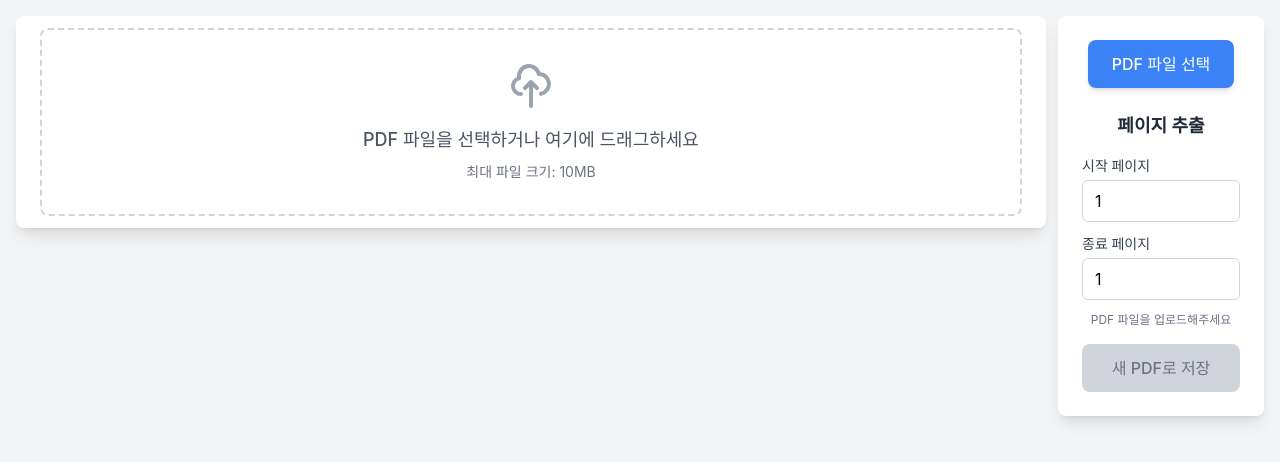
Repository: orcaCrew/PDF-Handler
Page: /
An editor plug-in stored every save of this project. The page is shown before and after the next save, followed by the edit.
The browser window is 1280 px wide. The pictures show the whole page.
The project was rebuilt for these pictures with package versions that can differ from the ones it lists, and the page was loaded fresh each time.

Above is the page before, as saved 2025-07-21 13:48:53.

### public/index.html
<!DOCTYPE html>
<html lang="ko">
  <head>
    <meta charset="utf-8" />
    <link rel="icon" href="%PUBLIC_URL%/favicon.ico" />
    <meta name="viewport" content="width=device-width, initial-scale=1" />
    <meta name="theme-color" content="#000000" />
    <meta
      name="description"
      content="PDF 파일 미리보기 애플리케이션"
    />
    <title>PDF 미리보기</title>
  </head>
  <body>
    <noscript>이 앱을 실행하려면 JavaScript를 활성화해야 합니다.</noscript>
    <div id="root"></div>
  </body>
</html>

### src/App.js
import React, { useState, useRef, useEffect } from 'react';
import { Document, Page, pdfjs } from 'react-pdf';
import { PDFDocument } from 'pdf-lib';
import 'react-pdf/dist/esm/Page/AnnotationLayer.css';
import 'react-pdf/dist/esm/Page/TextLayer.css';

pdfjs.GlobalWorkerOptions.workerSrc = `//cdnjs.cloudflare.com/ajax/libs/pdf.js/${pdfjs.version}/pdf.worker.min.js`;

function App() {
  const [file, setFile] = useState(null);
  const [numPages, setNumPages] = useState(null);
  const [pageNumber, setPageNumber] = useState(1);
  const [loading, setLoading] = useState(false);
  const [isDragOver, setIsDragOver] = useState(false);
  const [loadedPages, setLoadedPages] = useState(new Set());
  const [displayedPages, setDisplayedPages] = useState(3); // lazy 로드 시작 수
  const [startPage, setStartPage] = useState(1);
  const [endPage, setEndPage] = useState(1);
  const [extracting, setExtracting] = useState(false);
  const fileInputRef = useRef(null);
  const loaderRef = useRef(null); // 스크롤 lazy 트리거용

  // Intersection Observer로 lazy loading 구현
  useEffect(() => {
    if (!loaderRef.current) return;
    const observer = new IntersectionObserver(
      ([entry]) => {
        if (entry.isIntersecting && numPages && displayedPages < numPages) {
          setDisplayedPages(prev => Math.min(prev + 3, numPages));
        }
      },
      { threshold: 1 }
    );
    observer.observe(loaderRef.current);
    return () => observer.disconnect();
  }, [displayedPages, numPages]);

  // 페이지 수가 변경될 때 endPage 업데이트
  useEffect(() => {
    if (numPages) {
      setEndPage(numPages);
    }
  }, [numPages]);

  const onFileChange = (event) => {
    const { files } = event.target;
    if (files && files[0]) {
      setFile(files[0]);
      setPageNumber(1);
      setLoadedPages(new Set());
      setDisplayedPages(3);
      setStartPage(1);
    }
    event.target.value = '';
  };

  const handleDragOver = (e) => {
    e.preventDefault();
    setIsDragOver(true);
  };

  const handleDragLeave = (e) => {
    e.preventDefault();
    setIsDragOver(false);
  };

  const handleDrop = (e) => {
    e.preventDefault();
    setIsDragOver(false);

    const droppedFiles = e.dataTransfer.files;
    if (droppedFiles && droppedFiles[0]) {
      const droppedFile = droppedFiles[0];
      if (droppedFile.type === 'application/pdf') {
        setFile(droppedFile);
        setPageNumber(1);
        setLoadedPages(new Set());
        setDisplayedPages(3);
        setStartPage(1);
      } else {
        alert('PDF 파일만 업로드 가능합니다.');
      }
    }
  };

  const onDocumentLoadSuccess = ({ numPages }) => {
    setNumPages(numPages);
    setLoading(false);
  };

  const onDocumentLoadError = (error) => {
    console.error('PDF 로드 오류:', error);
    setLoading(false);
  };

  const onPageLoadSuccess = (pageNumber) => {
    setLoadedPages(prev => {
      const newSet = new Set([...prev, pageNumber]);
      return newSet;
    });
  };

  const extractPages = async () => {
    if (!file || !numPages) {
      alert('PDF 파일을 먼저 업로드해주세요.');
      return;
    }

    if (startPage < 1 || endPage > numPages || startPage > endPage) {
      alert('올바른 페이지 범위를 입력해주세요.');
      return;
    }

    setExtracting(true);

    try {
      // PDF 파일을 ArrayBuffer로 읽기
      const arrayBuffer = await file.arrayBuffer();

      // PDF 문서 로드
      const pdfDoc = await PDFDocument.load(arrayBuffer);

      // 새 PDF 문서 생성
      const newPdfDoc = await PDFDocument.create();

      // 선택된 페이지들을 새 문서에 복사
      for (let i = startPage - 1; i < endPage; i++) {
        const [copiedPage] = await newPdfDoc.copyPages(pdfDoc, [i]);
        newPdfDoc.addPage(copiedPage);
      }

      // 새 PDF를 바이트 배열로 변환
      const pdfBytes = await newPdfDoc.save();

      // 파일 다운로드
      const blob = new Blob([pdfBytes], { type: 'application/pdf' });
      const url = URL.createObjectURL(blob);
      const link = document.createElement('a');
      link.href = url;
      link.download = `${file.name.replace('.pdf', '')}_pages_${startPage}-${endPage}.pdf`;
      document.body.appendChild(link);
      link.click();
      document.body.removeChild(link);
      URL.revokeObjectURL(url);

      alert(`${startPage}페이지부터 ${endPage}페이지까지 추출이 완료되었습니다.`);
    } catch (error) {
      console.error('PDF 추출 오류:', error);
      alert('PDF 추출 중 오류가 발생했습니다.');
    } finally {
      setExtracting(false);
    }
  };

  return (
    <div className="min-h-screen bg-gray-100 py-4">
      <div className="max-w-7xl mx-auto px-4 space-y-6">
        <div className="flex flex-col lg:flex-row gap-3">
          {/* 페이지 리스트와 미리보기 영역 */}
          <div className="lg:w-5/6">
            <div className="bg-white rounded-lg shadow-lg px-6 py-3">
              {file ? (
                <div className="space-y-6">
                  <div className="flex items-center justify-between">
                    <h2 className="text-xl font-semibold text-gray-800">
                      {file.name}
                    </h2>
                    <div className="text-gray-600">
                      총 {numPages || '...'} 페이지
                    </div>
                  </div>

                  <div className="grid grid-cols-1 lg:grid-cols-3 gap-6">
                    {/* 페이지 리스트 영역 */}
                    <div className="lg:col-span-1">
                      <h3 className="text-lg font-semibold text-gray-800 mb-4">페이지 목록</h3>
                      <div className="max-h-[50rem] overflow-y-auto space-y-4">
                        {loading && (
                          <div className="flex items-center justify-center p-8">
                            <div className="animate-spin rounded-full h-8 w-8 border-b-2 border-blue-500"></div>
                            <span className="ml-2 text-gray-600">PDF 로딩 중...</span>
                          </div>
                        )}
                        <Document
                        file={file}
                        onLoadSuccess={onDocumentLoadSuccess}
                        onLoadError={onDocumentLoadError}
                        onLoadStart={() => setLoading(true)}
                        loading={
                          <div className="flex items-center justify-center p-8">
                            <div className="animate-spin rounded-full h-8 w-8 border-b-2 border-blue-500"></div>
                            <span className="ml-2 text-gray-600">PDF 로딩 중...</span>
                          </div>
                        }
                        >
                        {numPages &&
                          Array.from(
                            new Array(Math.min(displayedPages, numPages)),
                            (el, index) => (
                              <div
                                key={`page_${index + 1}`}
                                className={`border-2 rounded-lg p-4 bg-white hover:shadow-md transition-shadow cursor-pointer ${
                                  pageNumber === index + 1
                                    ? 'border-blue-500 bg-blue-50'
                                    : 'border-gray-200'
                                }`}
                                onClick={() => setPageNumber(index + 1)}
                              >
                                <div className="flex items-center space-x-4">
                                  <div className="flex-shrink-0">
                                    <Page
                                      pageNumber={index + 1}
                                      width={120}
                                      renderTextLayer={false}
                                      renderAnnotationLayer={false}
                                      onLoadSuccess={() => onPageLoadSuccess(index + 1)}
                                      loading={
                                        <div className="w-30 h-40 bg-gray-200 rounded flex items-center justify-center">
                                          <div className="animate-spin rounded-full h-6 w-6 border-b-2 border-blue-500"></div>
                                        </div>
                                      }
                                    />
                                  </div>
                                  <div className="flex-1">
                                    <h3 className="text-lg font-semibold text-gray-800">
                                      {index + 1} 페이지
                                    </h3>
                                  </div>
                                </div>
                              </div>
                            )
                          )}
                        </Document>
                      </div>
                      {/* lazy-load 트리거 */}
                      <div ref={loaderRef} className="h-12" />
                    </div>

                    {/* 선택된 페이지 미리보기 영역 */}
                    <div className="lg:col-span-2">
                      <h3 className="text-lg font-semibold text-gray-800">선택된 페이지</h3>
                      {pageNumber ? (
                        <div className="flex justify-center items-center mt-2">
                          <div className="flex border border-gray-300 rounded-lg shadow-lg bg-white w-full p-4 justify-center">
                              <Document
                                file={file}
                                onLoadSuccess={onDocumentLoadSuccess}
                                onLoadError={onDocumentLoadError}
                                onLoadStart={() => setLoading(true)}
                                loading={
                                  <div className="flex items-center justify-center p-8">
                                    <div className="animate-spin rounded-full h-8 w-8 border-b-2 border-blue-500"></div>
                                    <span className="ml-2 text-gray-600">PDF 로딩 중...</span>
                                  </div>
                                }
                              >
                                <Page
                                  pageNumber={pageNumber}
                                  width={Math.min(window.innerWidth * 0.35 - 100, 540)}
                                  renderTextLayer={false}
                                  renderAnnotationLayer={false}
                                  className="w-full h-auto max-w-full"
                                  style={{ maxWidth: '100%', height: 'auto' }}
                                />
                              </Document>
                          </div>
                        </div>
                      ) : (
                        <div className="text-center text-gray-500 py-8">
                          <p>페이지를 선택하면 여기서 미리보기를 확인할 수 있습니다.</p>
                        </div>
                      )}
                    </div>
                  </div>
                </div>
              ) : (
                <div
                  className={`border-2 border-dashed rounded-lg p-8 text-center transition-colors h-full flex items-center justify-center ${
                    isDragOver
                      ? 'border-blue-500 bg-blue-50'
                      : 'border-gray-300 hover:border-blue-400'
                  }`}
                  onDragOver={handleDragOver}
                  onDragLeave={handleDragLeave}
                  onDrop={handleDrop}
                >
                  <label
                    htmlFor="file-upload"
                    className="cursor-pointer flex flex-col items-center"
                  >
                    <svg
                      className="w-12 h-12 text-gray-400 mb-4"
                      fill="none"
                      stroke="currentColor"
                      viewBox="0 0 24 24"
                    >
                      <path
                        strokeLinecap="round"
                        strokeLinejoin="round"
                        strokeWidth={2}
                        d="M7 16a4 4 0 01-.88-7.903A5 5 0 1115.9 6L16 6a5 5 0 011 9.9M15 13l-3-3m0 0l-3 3m3-3v12"
                      />
                    </svg>
                    <span className="text-lg font-medium text-gray-600">
                      PDF 파일을 선택하거나 여기에 드래그하세요
                    </span>
                    <span className="text-sm text-gray-500 mt-2">
                      최대 파일 크기: 10MB
                    </span>
                  </label>
                </div>
              )}
            </div>
          </div>

          {/* 선택 버튼 영역 */}
          <div className="lg:w-1/6">
            <div className="bg-white rounded-lg shadow-lg p-6 space-y-6">
              <div className="flex justify-center">
                <button
                  onClick={() => {
                    fileInputRef.current?.click();
                  }}
                  className="px-6 py-3 bg-blue-500 text-white rounded-lg hover:bg-blue-600 transition-colors font-medium shadow-md"
                >
                  {file ? 'PDF 파일 변경' : 'PDF 파일 선택'}
                </button>
              </div>
              <input
                ref={fileInputRef}
                type="file"
                accept=".pdf"
                onChange={onFileChange}
                className="hidden"
                id="file-upload"
              />

              {/* 페이지 추출 영역 */}
              <div className="space-y-4">
                <h3 className="text-lg font-semibold text-gray-800 text-center">
                  페이지 추출
                </h3>

                <div className="space-y-3">
                  <div>
                    <label className="block text-sm font-medium text-gray-700 mb-1">
                      시작 페이지
                    </label>
                    <input
                      type="number"
                      min="1"
                      max={numPages || 1}
                      value={startPage}
                      onChange={(e) => setStartPage(parseInt(e.target.value) || 1)}
                      className="w-full px-3 py-2 border border-gray-300 rounded-md focus:outline-none focus:ring-2 focus:ring-blue-500 focus:border-transparent"
                    />
                  </div>

                  <div>
                    <label className="block text-sm font-medium text-gray-700 mb-1">
                      종료 페이지
                    </label>
                    <input
                      type="number"
                      min="1"
                      max={numPages || 1}
                      value={endPage}
                      onChange={(e) => setEndPage(parseInt(e.target.value) || 1)}
                      className="w-full px-3 py-2 border border-gray-300 rounded-md focus:outline-none focus:ring-2 focus:ring-blue-500 focus:border-transparent"
                    />
                  </div>

                  <div className="text-xs text-gray-500 text-center">
                    {numPages ? `총 ${numPages}페이지 중 선택` : 'PDF 파일을 업로드해주세요'}
                  </div>
                </div>

                <button
                  onClick={extractPages}
                  disabled={extracting || !file || !numPages || startPage > endPage || startPage < 1 || endPage > (numPages || 1)}
                  className={`w-full px-4 py-3 rounded-lg font-medium transition-colors ${
                    extracting || !file || !numPages || startPage > endPage || startPage < 1 || endPage > (numPages || 1)
                      ? 'bg-gray-300 text-gray-500 cursor-not-allowed'
                      : 'bg-green-500 text-white hover:bg-green-600 shadow-md'
                  }`}
                >
                  {extracting ? (
                    <div className="flex items-center justify-center">
                      <div className="animate-spin rounded-full h-4 w-4 border-b-2 border-white mr-2"></div>
                      추출 중...
                    </div>
                  ) : (
                    '새 PDF로 저장'
                  )}
                </button>
              </div>
            </div>
          </div>
        </div>
      </div>
    </div>
  );
}

export default App;

Loaded but not shown: src/index.js (common file); src/index.css (common file); tailwind.config.js (common file)

After the next save:
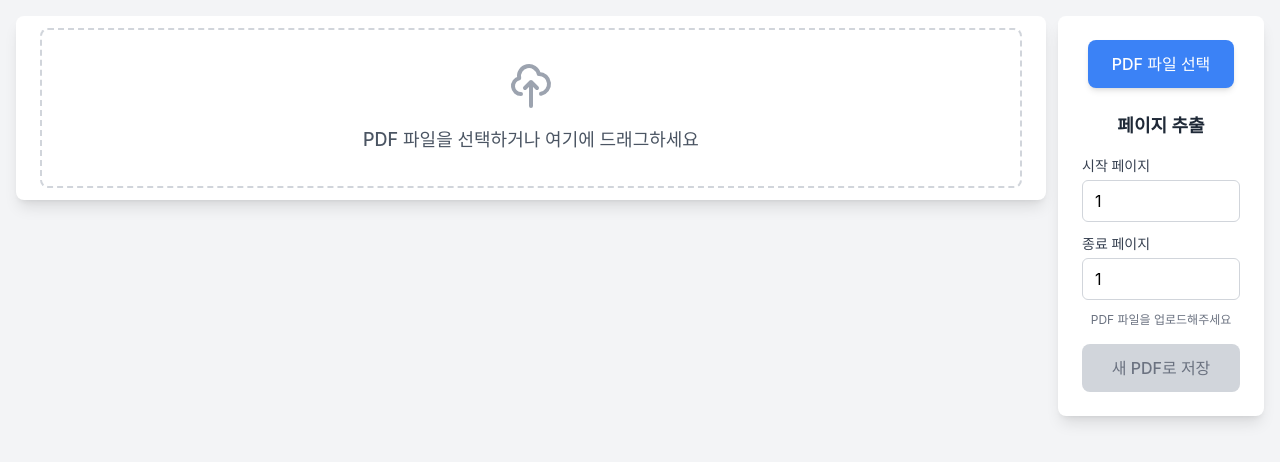
Saved 11 min 10 s later.
--- a/src/App.js
+++ b/src/App.js
@@ -304,9 +304,6 @@
                     <span className="text-lg font-medium text-gray-600">
                       PDF 파일을 선택하거나 여기에 드래그하세요
                     </span>
-                    <span className="text-sm text-gray-500 mt-2">
-                      최대 파일 크기: 10MB
-                    </span>
                   </label>
                 </div>
               )}

After the save that followed:
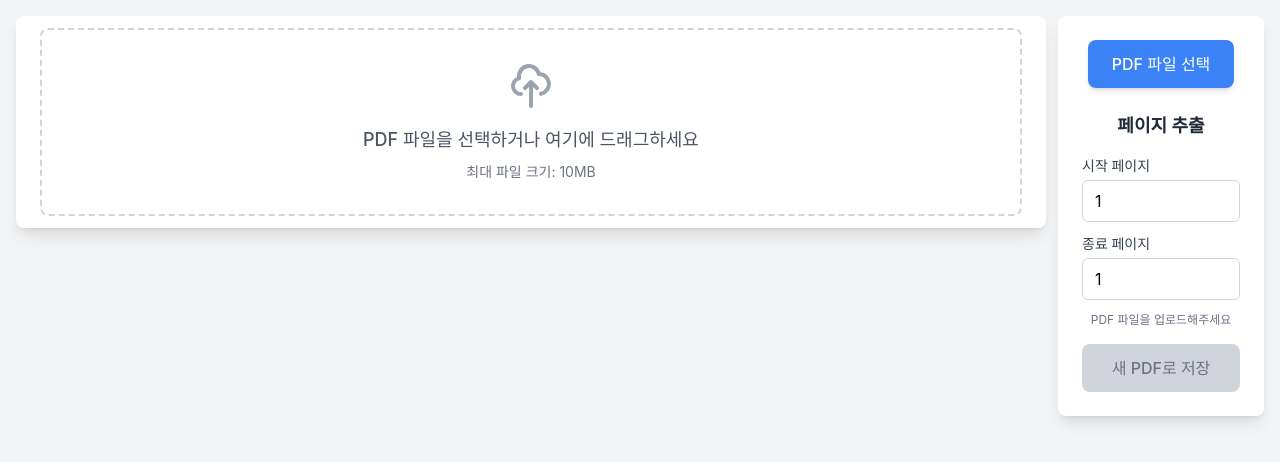
Saved 30 s later.
--- a/src/App.js
+++ b/src/App.js
@@ -304,6 +304,9 @@
                     <span className="text-lg font-medium text-gray-600">
                       PDF 파일을 선택하거나 여기에 드래그하세요
                     </span>
+                    <span className="text-sm text-gray-500 mt-2">
+                      최대 파일 크기: 10MB
+                    </span>
                   </label>
                 </div>
               )}
